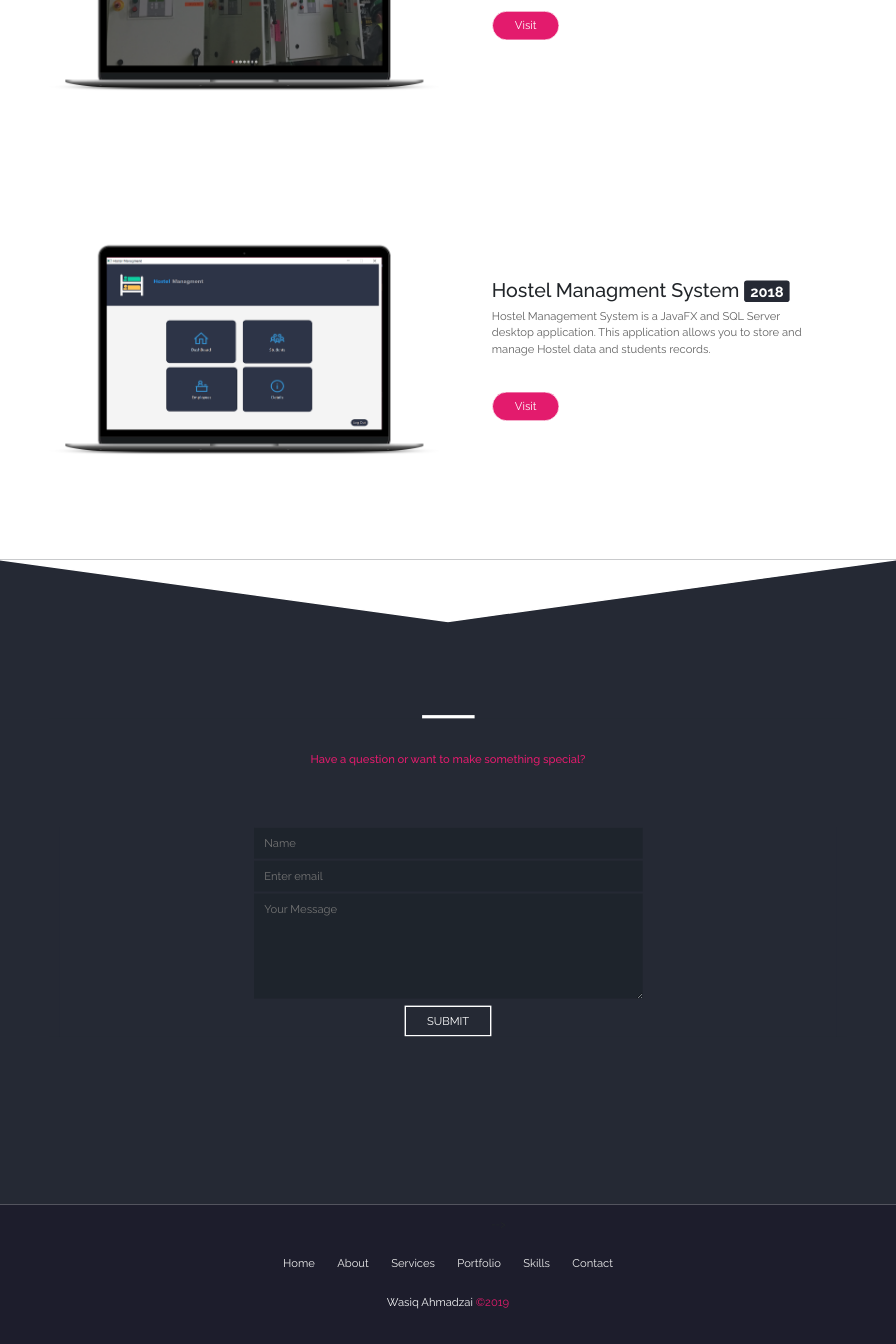
Repository: wasiqkhan/wasiqkhan.github.io
Page: index.html
These files come from the project's save history. The page is drawn as it stood at one moment and after the next save; the edit follows.
The browser window is 1280 px wide. The pictures show the part of the page from y = 3082 to 5002 px (the page is 5002 px tall), at 70% of full size.
Some web fonts or font styles are not loaded; a fallback is used.

Above is the page before, as saved 2020-11-06 17:58:12.
Not found: js/all.js
Not found: js/app.js
Not found: js/particles.js

### index.html
<!DOCTYPE html>
<html lang="en">
  <!-- Start of Async Drift Code -->
<script>
  "use strict";!function(){var r=window.driftt=window.drift=window.driftt||[];if(!r.init){if(r.invoked)return window.console&&console.error&&console.error("Drift snippet included twice.");r.invoked=!0,r.methods=["identify","config","track","reset","debug","show","ping","page","hide","off","on"],r.factory=function(e){return function(){var t=Array.prototype.slice.call(arguments);return t.unshift(e),r.push(t),r}},r.methods.forEach(function(t){r[t]=r.factory(t)}),r.load=function(t){var e=3e5*Math.ceil(new Date/3e5),r=document.createElement("script");r.type="text/javascript",r.async=!0,r.crossorigin="anonymous",r.src="https://js.driftt.com/include/"+e+"/"+t+".js";var n=document.getElementsByTagName("script")[0];n.parentNode.insertBefore(r,n)}}}(),drift.SNIPPET_VERSION="0.3.1",drift.load("8faar6gaz2cs");
  </script>
  <!-- End of Async Drift Code -->
  <head>
    <meta charset="UTF-8" />
    <meta name="viewport" content="width=device-width, initial-scale=1.0" />
    <meta http-equiv="X-UA-Compatible" content="ie=edge" />

    <link href="https://fonts.googleapis.com/css?family=Raleway:400,500,600,700,800&display=swap" rel="stylesheet">
    <link href="https://fonts.googleapis.com/icon?family=Material+Icons" rel="stylesheet">
    <link
    href="./css/materialdesignicons.min.css"
    media="all"
    rel="stylesheet"
  />
    <link type="text/css" rel="stylesheet" href="./css/style.css" />
    <link type="text/css" rel="stylesheet" href="./css/bootstrap.min.css" />

    <link type="text/css" rel="stylesheet" href="./css/lightbox.css" />
    <link rel="stylesheet" href="./css/line-awesome.css">


    <link rel="shortcut icon" href="./icon.png">

    <link
      type="text/css"
      rel="stylesheet"
      media="screen and (max-width:768px)"
      href="./css/mobile.css"
    />
    <link
      type="text/css"
      rel="stylesheet"
      media="screen and (min-width:769px) and (max-width:992px)"
      href="./css/widescreen.css"
    />
    <link
      type="text/css"
      rel="stylesheet"
      media="screen and (min-width:993px) and (max-width:1199px)"
      href="./css/ipadpro.css"
    />

    <title>Mohammad Wasiq | Web & Mobile Developler</title>
  </head>

  <body id="home" >
      <!-- <div id="particles-js">

      </div> -->
    <!-- Navbar -->
    <nav class="navigation">
      <button
        type="button"
        data-toggle="collapse"
        data-target="#myNav"
        class="navbar-toggler hamburger-menu"
      >
        <div class="line1"></div>
        <div class="line2"></div>
        <div class="line3"></div>
      </button>
      <div class="bg-cover"></div>
      <div class="collapse nav-content" id="myNav">
        <div class="container-fluid">
          <div class="row">
            <div class="col-10 max-auto">
              <ul class="navbar-nav flex-lg-row flex-column nav-justified">
                <li class="nav-item">
                  <a class="nav-link m-3 link-item" href="#home">Home</a>
                </li>
                <li class="nav-item">
                  <a class="nav-link m-3 link-item" href="#about">About</a>
                </li>
                <li class="nav-item">
                  <a class="nav-link m-3 link-item" href="#service">Services</a>

                </li>
                <li class="nav-item">
                    <a class="nav-link m-3 link-item" href="#portfolio">Portfolio</a>
                  </li>
                <li class="nav-item">
                  <a class="nav-link m-3 link-item" href="#skills">Skills</a>
                </li>
                <li class="nav-item">
                  <a class="nav-link m-3 link-item" href="#contact">Contact</a>
                </li>
              </ul>
            </div>
          </div>
        </div>
      </div>
    </nav>

    <header id="showcase">



      <div class="showcase-content">
          <h1 class="heading">Hello, I'm <span style="color: #E31B6D">Wasiq Ahmadzai</span>.<br>I'm a Web & Mobile App Developer.</h1>

          <a href="#about" class="btnn">Read more</a>
        </div>
    </header>

    <section id="about" class="primary about">
        <h2 class="text-center m-heading">About Me</h2>
        <div class="line"></div>
      <div class="container new">
        <div class="card cardnew">

          <img src="./img/dev.PNG" class="card-img-top cut" style="margin: auto">
          <div class="card-body">
              <img src="./img/5a159554b6a61a2ba5ccdb57.PNG" class="my-img" />
              <div class="card-title">
                <h3 class="text-center">Wasiq Ahmadzai</h3>
              </div>
              <div class="card-subtitle text-center">
                <p style="color:#E31B6D"></span> Freelance <span style="color: #616161">|</span> Kabul, AFG</p>
              </div>
              <div class="links">
                  <a href="http://www.facebook.com/ahmadzai.khan.54" target="_blank"><i class="fab fa-facebook fa-2x"></i></a>
                  <a href="https://github.com/wasiqkhan" target="_blank"><i class="fab fa-github fa-2x"></i></a>

                  <a href="https://www.linkedin.com/in/mohammad-wasiq-ahmadzai-5439371b0/" target="_blank"><i class="fab fa-linkedin fa-2x"></i></a>
                </div>
          </div>
        </div>
        <div class="items">



          <div>

          <p class="info-p lead">Hi, I am a Web and Mobile App Developer with experience in MERN Stack (MongoDB, Expressjs, Reactjs, Nodejs), React Native, Firebase, MySQL. I have serious passion for amazing & responsive mobile and web apps.</p>

        </div>
        <h4 style="text-align:left">Fun Facts</h4>


         <div class="service-items flex-wrap" style="padding: 0 0">
            <div class="item fun-facts" style="margin-right: 10px ;background: #252934">
              <div>
                <i class="fas fa-coffee fa-2x mb-3" style="color:#E31B6D"></i>
                <h6 class="text-center" style="color: white">100+ Cups of Coffee</h6>

              </div>
            </div>

            <div class="item fun-facts" style="margin-right: 10px ;background: #252934">
              <div>
                  <i class="fas fa-book fa-2x mb-3" style="color:#E31B6D"></i>
                <h6 class="text-center" style="color: white">10+ Books</h6>

              </div>

            </div>

            <div class="item fun-facts" style="margin-right: 10px ;background: #252934">
              <div>
                  <i class="fas fa-bicycle fa-2x mb-3" style="color:#E31B6D"></i>
                <h6 class="text-center" style="color: white">1200km Cycled</h6>

              </div>

            </div>
            <div class="item fun-facts" style="margin-right: 10px;background: #252934">
                <div>
                    <i class="fas fa-award fa-2x mb-3" style="color:#E31B6D"></i>
                  <h6 class="text-center" style="color: white">10 Awards Won</h6>

                </div>

              </div>

          </div>



<div>
          <a href="#contact" class="hire-me">Hire Me</a>
        </div>

      </div>


          </div>

    </section>
    <section id="service" class="primary service">
      <div class="container">
        <h2 class="text-center m-heading">Services</h2>
        <div class="line"></div>

        <div class="service-items rotate fun-facts">
          <div class="item">
            <div>
              <i class="fas fa-desktop fa-6x textt mb-3"></i>
              <h3 class="text-center">Web Development</h3>
              <p class="text-center">
                Fully responsive full stack website development
              </p>
            </div>
          </div>

          <div class="item">
            <div>
                <i class="fas fa-mobile-alt fa-6x textt textt2 mb-3"></i>
              <h3 class="text-center">Mobile Apps</h3>
              <p class="text-center">
                Fast and Professional app development using latest technologies
              </p>
            </div>

          </div>

          <div class="item">
            <div>
                <i class="fas fa-rocket fa-6x  textt mb-3"></i>
              <h3 class="text-center">Launch</h3>
              <p class="text-center">
                Deployment and Maintainance

              </p>
            </div>

          </div>
        </div>
      </div>
    </section>
    <section id="portfolio" class="portfolio">
      <div class="container">
        <h2 class="text-center m-heading">Portfolio</h2>
        <div class="line"></div>

        <div class="portfolio-items row align-items-center h-100 text-center text-lg-left" style="margin-top: 120px;">
          <div class="col-lg-6 p-lg-0">
            <img src="./img/walletapp.png" height="350" >

          </div>
          <div class="col-lg-5 mx-auto py-3">
            <h3 class="h3">My Wallet
              <span class="badge badge-sm">2017</span>
            </h3>
            <p class="mb-3" style="color: #616161;">An android app that keeps track of your money, daily transactions, and expenses
            </p>
            <a href="https://bit.ly/3iEEP3P" class="visit" target="_blank">Visit</a>

          </div>

        </div>

        <div class="portfolio-items row align-items-center h-100 text-center text-lg-left " style="margin-top: 220px;">
          <div class="col-lg-6 p-lg-0">
            <img src="./img/lineageweb.png" height="300"  >

          </div>
          <div class="col-lg-5 mx-auto py-3">
            <h3 class="h3 bold">Lineage Logistics
              <span class="badge badge-sm">2020</span>
            </h3>
            <p class="mb-3" style="color: #616161;">
              Lineage Logistics Afghanistan
            </p>
            <a href="https://lineage.com.af/" class="visit" target="_blank">Visit</a>

          </div>

        </div>

        <div class="portfolio-items row align-items-center h-100 text-center text-lg-left" style="margin-top: 220px;">
          <div class="col-lg-6 p-lg-0">
            <img src="./img/hosteldes.png" height="300"  >

          </div>
          <div class="col-lg-5 mx-auto py-3">
            <h3 class="h3">Hostel Managment System
              <span class="badge badge-sm">2018</span>
            </h3>
            <p class="mb-3" style="color: #616161;">Hostel Management System is a JavaFX and SQL Server desktop application. This application allows you to store and manage Hostel data and students records.
            </p>
            <a href="https://github.com/wasiqkhan/Hostel-Management-System" class="visit" target="_blank">Visit</a>

          </div>

        </div>
      </div>
    </section>


    <section id="contact" class="contact">
      <svg preserveAspectRatio="none" viewBox="0 0 100 102" height="90" width="100%" version="1.1"
      xmlns="http://www.w3.org/2000/svg" class="svgcolor-light">

     <path d="M0 0 L50 100 L100 0 Z" fill="white" stroke="white"/>

    </svg>
      <div class="container-fluid">
        <h2 class="text-center m-heading" style="color: #fff">Contact</h2>
        <div class="line"></div>
        <div class="container">
          <h6 class="text-center py-5" style="color: #E31B6D">Have a question or want to make something special?</h6>


                <form
                class="waypoint"
                data-animation="pop-in"
                data-delay=".5s"
                id="contact-form"
              >
                <input placeholder="Name" type="text" name="name" required />
                <input
                  placeholder="Enter email"
                  type="email"
                  name="email"
                  required
                />
                <textarea
                  placeholder="Your Message"
                  type="text"
                  name="message"
                  required
                ></textarea>
                <div id="success">
                  <div>
                    Your message was sent successfully. Thanks!<span
                      id="close"
                      class="mdi mdi-close"
                    ></span>
                  </div>
                </div>
                <input class="button" type="submit" id="submit" value="SUBMIT" />
              </form>



        </div>
    </section>
    <footer id="footer">
      <div class="container">
        <div class="row">
          <div class="col text-center">
            <div class="mb-2">
              <a href="http://www.facebook.com/ahmadzai.khan.54" target="_blank" class="mx-sm-4 mx-2 social"
                ><i class="fab fa-facebook fa-2x"></i
              ></a>
              <a href="https://github.com/wasiqkhan" target="_blank" class="mx-sm-4 mx-2 social"
                ><i class="fab fa-github fa-2x"></i
              ></a>
              <a href="https://www.linkedin.com/in/mohammad-wasiq-ahmadzai-5439371b0/" target="_blank" class="mx-sm-4 mx-2 social"
                ><i class="fab fa-linkedin fa-2x"></i
              ></a>
             -->
            </div>

          </div>
        </div>
        <div class="container-fluid p-3">
            <div class="row">
              <div class="col mb-4">
                <ul class="nav justify-content-center footer-items">
                  <li class="nav-item">
                    <a href="#home" class="nav-link">Home</a>
                  </li>
                  <li class="nav-item">
                    <a href="#about" class="nav-link">About</a>
                  </li>
                  <li class="nav-item">
                    <a href="#service" class="nav-link">Services</a>
                  </li>
                  <li class="nav-item">
                      <a href="#portfolio" class="nav-link">Portfolio</a>
                    </li>
                  <li class="nav-item">
                    <a href="#skills" class="nav-link">Skills</a>
                  </li>
                  <li class="nav-item">
                    <a href="#contact" class="nav-link">Contact</a>
                  </li>

                </ul>
              </div>
            </div>
            <div class="row">
              <div class="col text-light text-center">
                <p>Wasiq Ahmadzai <span style="color: #E31B6D">&copy;2019</span></p>
              </div>
            </div>

      </div>
    </footer>
    <script src="./js/particles.js"></script>
    <script src="./js/app.js"></script>
    <script src="./js/jquery-3.4.1.min.js"></script>
    <script src="./js/popper.js"></script>
    <script src="./js/bootstrap.min.js"></script>
    <script src="./js/script.js"></script>
    <script src="./js/lightbox.js"></script>
    <script src="./js/all.js"></script>
  </body>
</html>

### css/mobile.css
@media (max-width: 500px) {
  #navbar {
    flex-direction: column;
    align-items: center;
  }
  .my-img {
    width: 40%;
    margin-left: 90px;
    margin-top: -100px;
  }
  .showcase-content h1 {
    font-size: 15pt;
  }
  #contact h6 {
    font-size: 9pt;
  }

  .info-p {
    margin-top: -150px;
  }

  .hire-me {
    margin-top: 40px;
  }
  .textt {
    margin-left: 70px;
  }
  .textt2 {
    margin-left: 95px;
  }
  .name {
    text-align: left;
    margin-top: 15px;
    margin-left: -30px;
  }
}

@media (min-width: 501px) and (max-width: 768px) {
  .my-img {
    margin-left: 240px;
  }
}

.info-p {
  margin-top: -100px;
}
.hire-me {
  margin-top: 30px;
}
.items {
  margin: 5rem 2rem;
  display: flex;
  flex-direction: column;
  align-items: center;
  justify-content: center;

  text-align: center;
  /* position: relative; */
  flex-wrap: wrap;
}

.items div {
  flex: 1;
}
.portfolio-items h3 {
  margin-top: 50px;
}

.portfolio-items img {
  width: 100%;
  height: auto;
  text-align: center;
  margin: auto;
}
#portfolio .portfolio-items .item {
  display: flex;
  text-align: left;
}
.service-items {
  display: block;
  padding: 1rem;
}
#service .service-items .item {
  display: flex;
  text-align: left;
}
.new {
  display: flex;
  flex-direction: column;
}

#navbar .l-heading {
  margin-bottom: 0.5rem;
  text-align: center;
}

#about .line,
#service .line,
#contact .line {
  width: 20%;
  background: #444649;
  height: 5px;
  margin: auto;
}

#contact .line {
  background: #fff;
}
#projects .line {
  width: 20%;
  background: #444649;
  height: 5px;
  margin-bottom: 50px;
  margin-top: -35px;
}
.contact-content {
  display: flex;
  flex-direction: column;
  justify-content: center;
  align-items: center;
  text-align: center;
  padding: 1rem;
}

.items p {
  text-align: justify;
}
section:nth-of-type(4) input[type="text"],
section:nth-of-type(4) input[type="email"],
section:nth-of-type(4) textarea {
  width: 100%;
}
section:nth-of-type(4) #success {
  width: 100%;
  margin: auto;
}

### css/widescreen.css
/* @media (min-width: 769px) and (max-width: 991px) { */
.new {
  display: flex;
  flex-direction: column;
}

.info-p {
  margin-top: -100px;
}
.hire-me {
  margin-top: 30px;
}
.items {
  margin: 5rem 2rem;
  display: flex;
  flex-direction: column;
  align-items: center;
  justify-content: center;

  text-align: center;
  /* position: relative; */
  flex-wrap: wrap;
}

.items div {
  flex: 1;
}
.my-img {
  margin-left: 240px;
}
/* } */

### css/ipadpro.css
.my-img {
  margin-left: 130px;
}

Loaded but not shown: css/materialdesignicons.min.css (library); css/bootstrap.min.css (library); css/lightbox.css (library); js/jquery-3.4.1.min.js (library); js/popper.js (library); js/bootstrap.min.js (library); js/lightbox.js (library); js/script.js (138 lines, source omitted); css/line-awesome.css (6582 lines, source omitted); css/style.css (537 lines, source omitted)

After the next save:
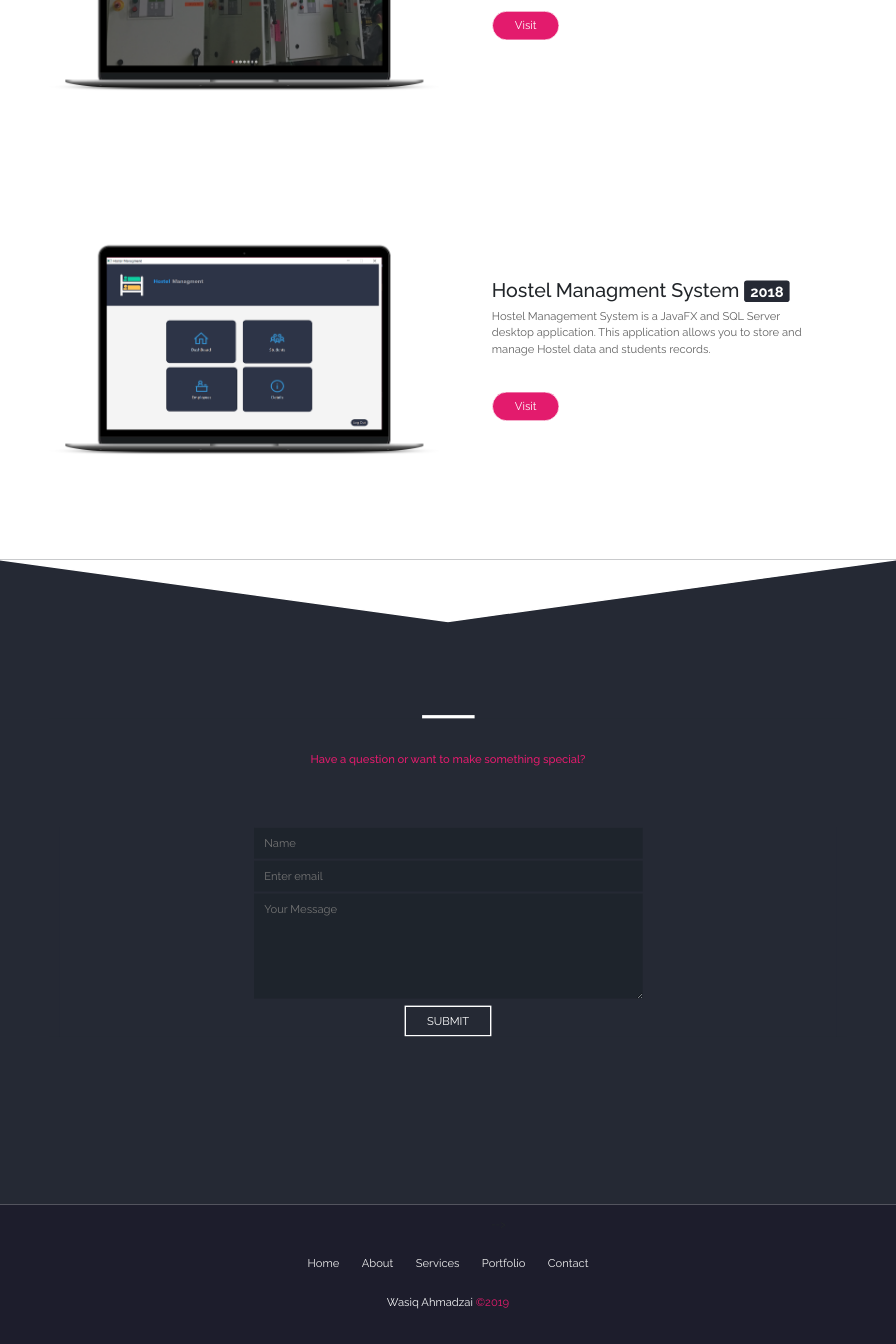
Saved 6 min 3 s later.
--- a/index.html
+++ b/index.html
@@ -83,9 +83,7 @@
                 <li class="nav-item">
                     <a class="nav-link m-3 link-item" href="#portfolio">Portfolio</a>
                   </li>
-                <li class="nav-item">
-                  <a class="nav-link m-3 link-item" href="#skills">Skills</a>
-                </li>
+
                 <li class="nav-item">
                   <a class="nav-link m-3 link-item" href="#contact">Contact</a>
                 </li>
@@ -375,9 +373,7 @@
                   <li class="nav-item">
                       <a href="#portfolio" class="nav-link">Portfolio</a>
                     </li>
-                  <li class="nav-item">
-                    <a href="#skills" class="nav-link">Skills</a>
-                  </li>
+
                   <li class="nav-item">
                     <a href="#contact" class="nav-link">Contact</a>
                   </li>
